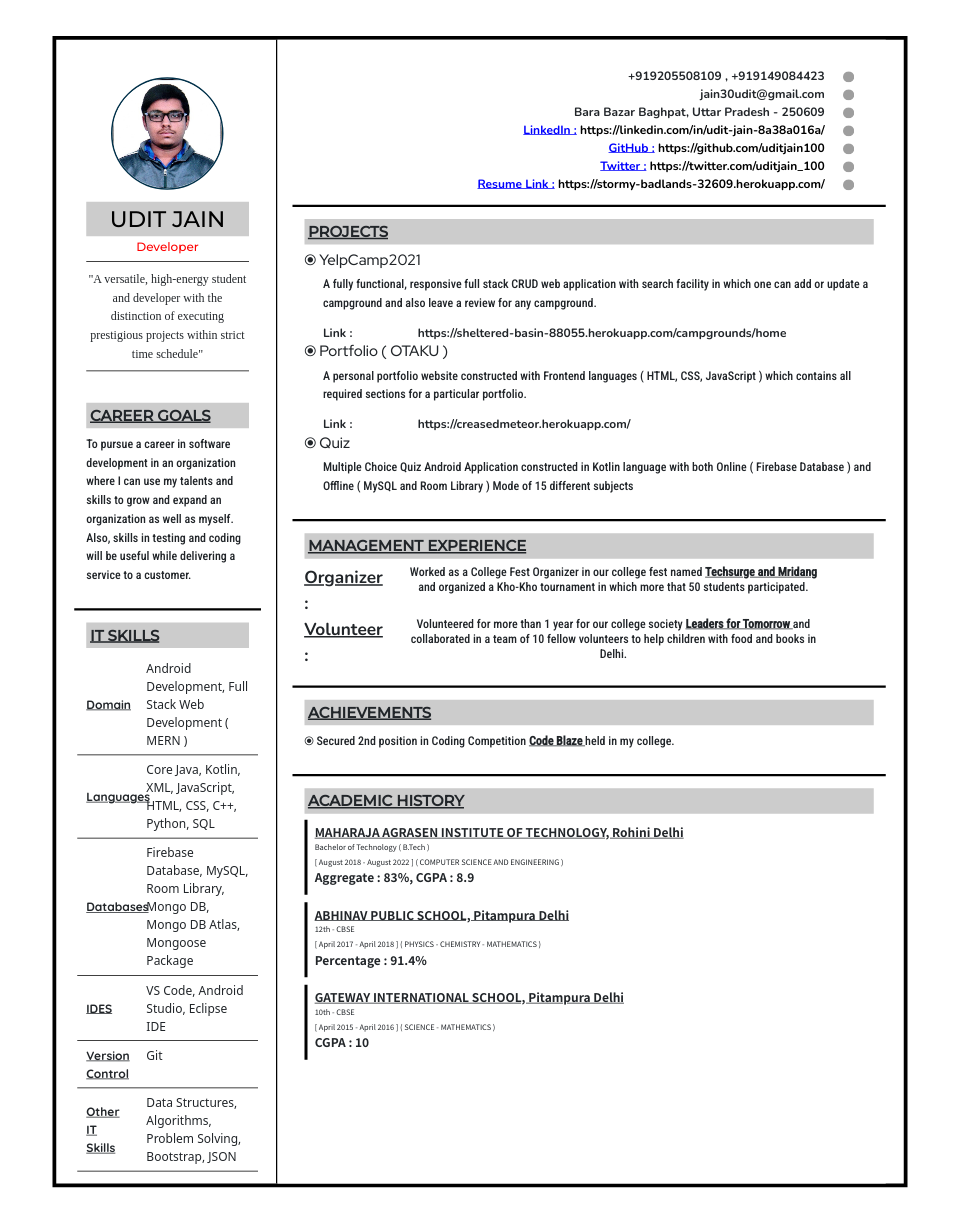
Repository: uditjain100/Resume
Page: app.html
The author's editor kept a copy of each file at every save. The page is drawn from the files as they stood at one save, then again after the next save.
The browser window is 1280 px wide. The pictures show the whole page, at 75% of full size.
Pictures or frames that could not be fetched are drawn as grey boxes. Some web fonts or font styles are not loaded; a fallback is used.

Above is the page before, as saved 2021-05-27 20:59:53.

After the next save:
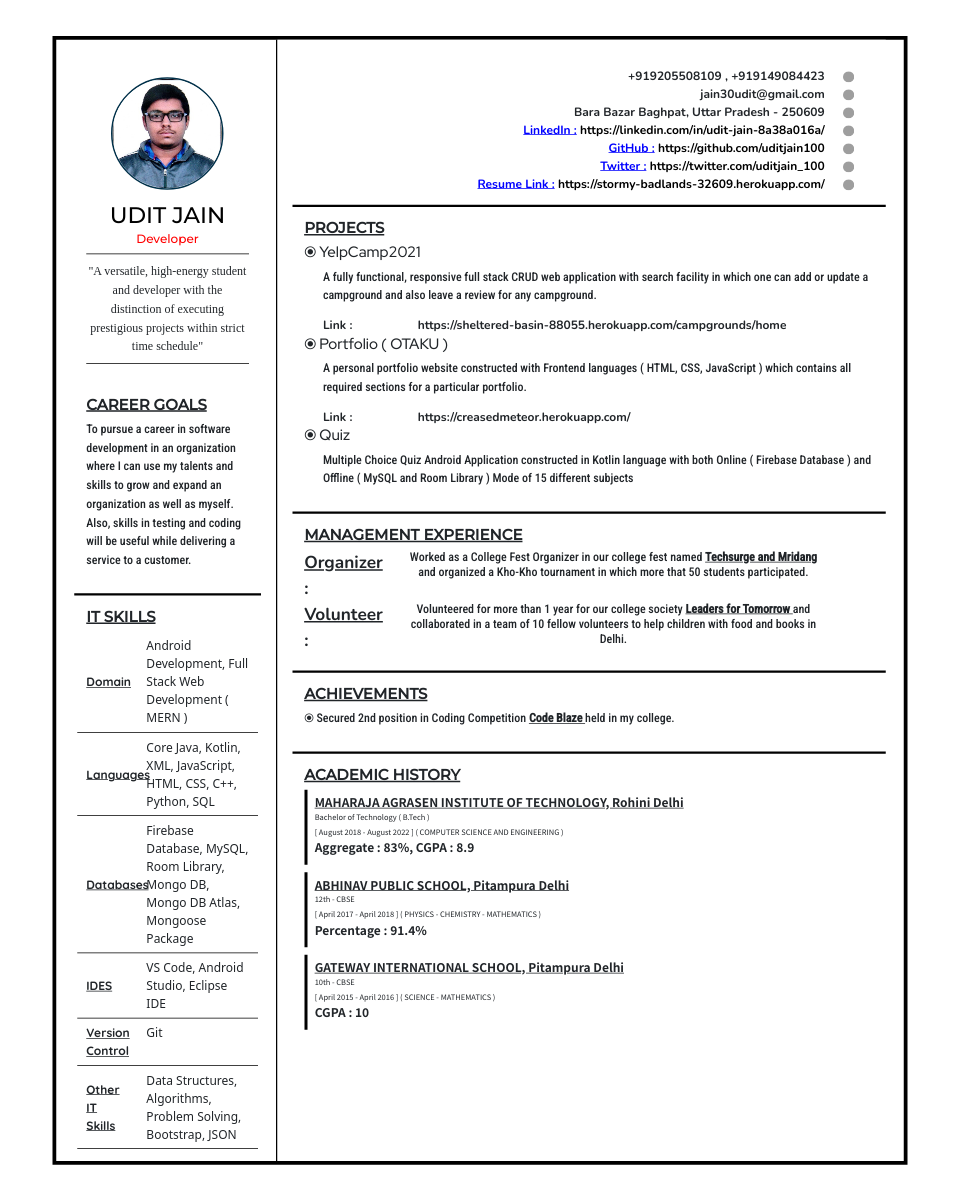
Saved 48 s later.
--- a/app.css
+++ b/app.css
@@ -32,8 +32,6 @@ article {
 	text-decoration: underline;
 	font-weight: 900;
 	font-size: 20px;
-	padding: 5px;
-	background-color: #ccc;
 }
 
 .card-subtitle {
